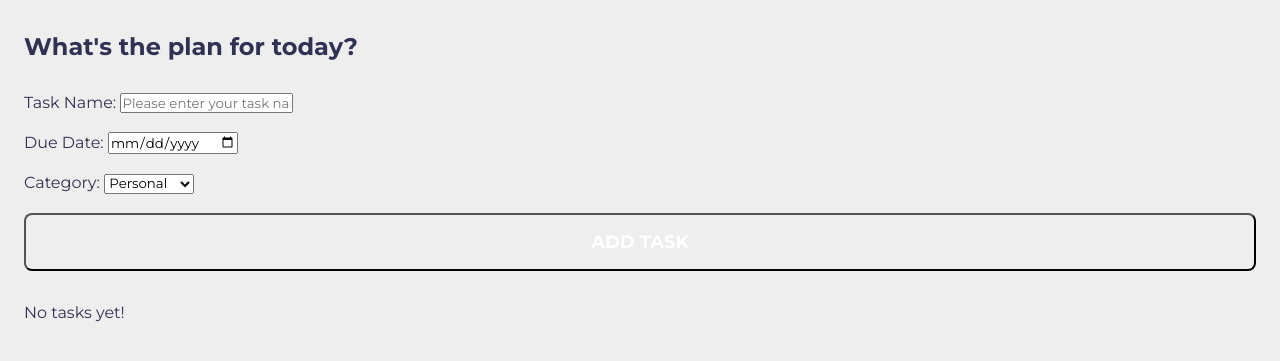
Repository: comp426-2023-spring/a99-SnowPile
Page: http://localhost/
These files come from the project's save history. The page is drawn as it stood at one moment and after the next save; the edit follows.
The browser window is 1280 px wide. The pictures show the whole page.
Some web fonts or font styles are not loaded; a fallback is used. The page is served by the project's Node server (app.js).

Above is the page before, as saved 2023-04-15 21:20:43.

After the next save:
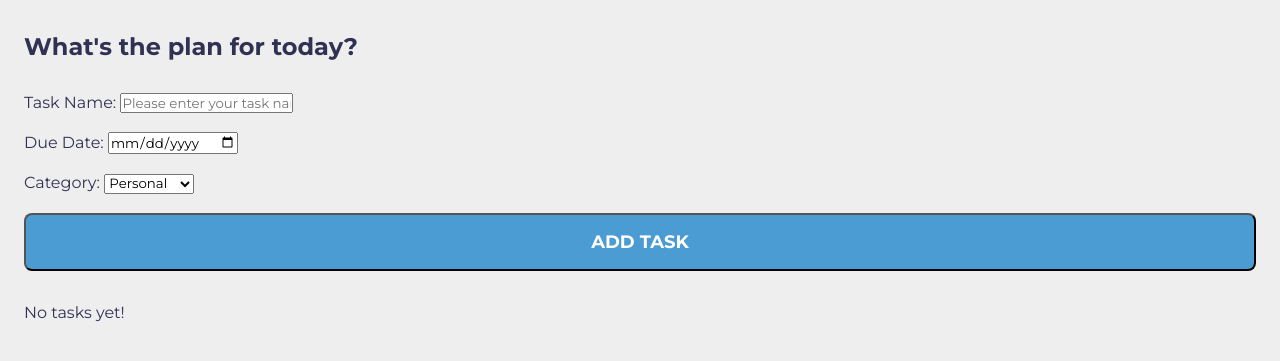
Saved 95 s later.
--- a/frontend/public/style.css
+++ b/frontend/public/style.css
@@ -29,8 +29,8 @@ h2{
 	color: #FFF;
 	font-weight: 700;
 	text-transform: uppercase;
-	background-color: var(--primary);
-	box-shadow: var(--personal-glow);
+	background-color: #4B9CD3;
+	box-shadow: #13294B;
 	border-radius: 0.5rem;
 	cursor: pointer;
 	transition: 0.2s ease-out;
